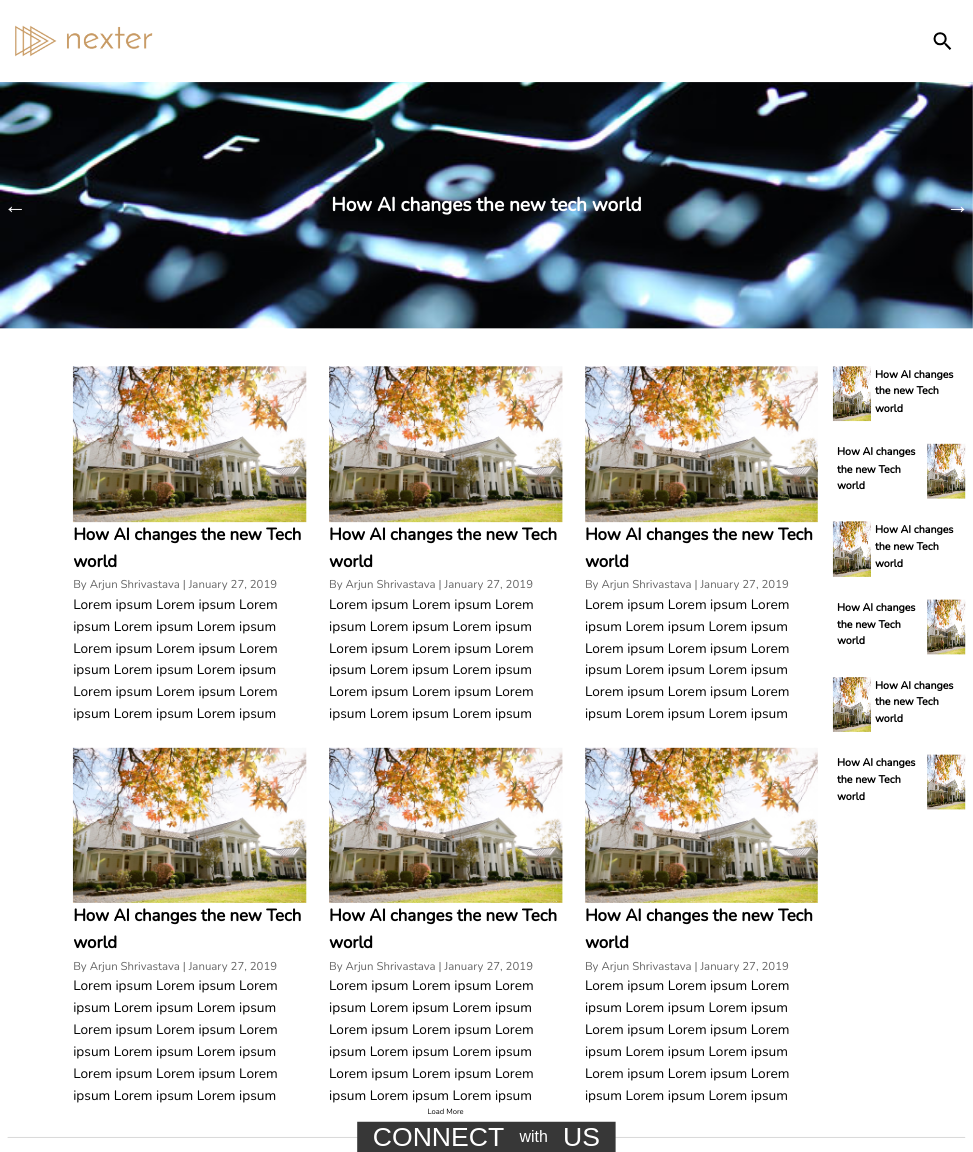
Repository: geekyarjun/myblog
Page: index.html
These files come from the project's save history. The page is drawn as it stood at one moment and after the next save; the edit follows.
The browser window is 1280 px wide. The pictures show the whole page, at 76% of full size.
Some web libraries are served in a nearby version. The style sheet was rebuilt from its Sass, Less or Tailwind sources for each picture, by a compiler version that may differ from the author's.

Above is the page before, as saved 2019-03-03 18:30:48.

After the next save:
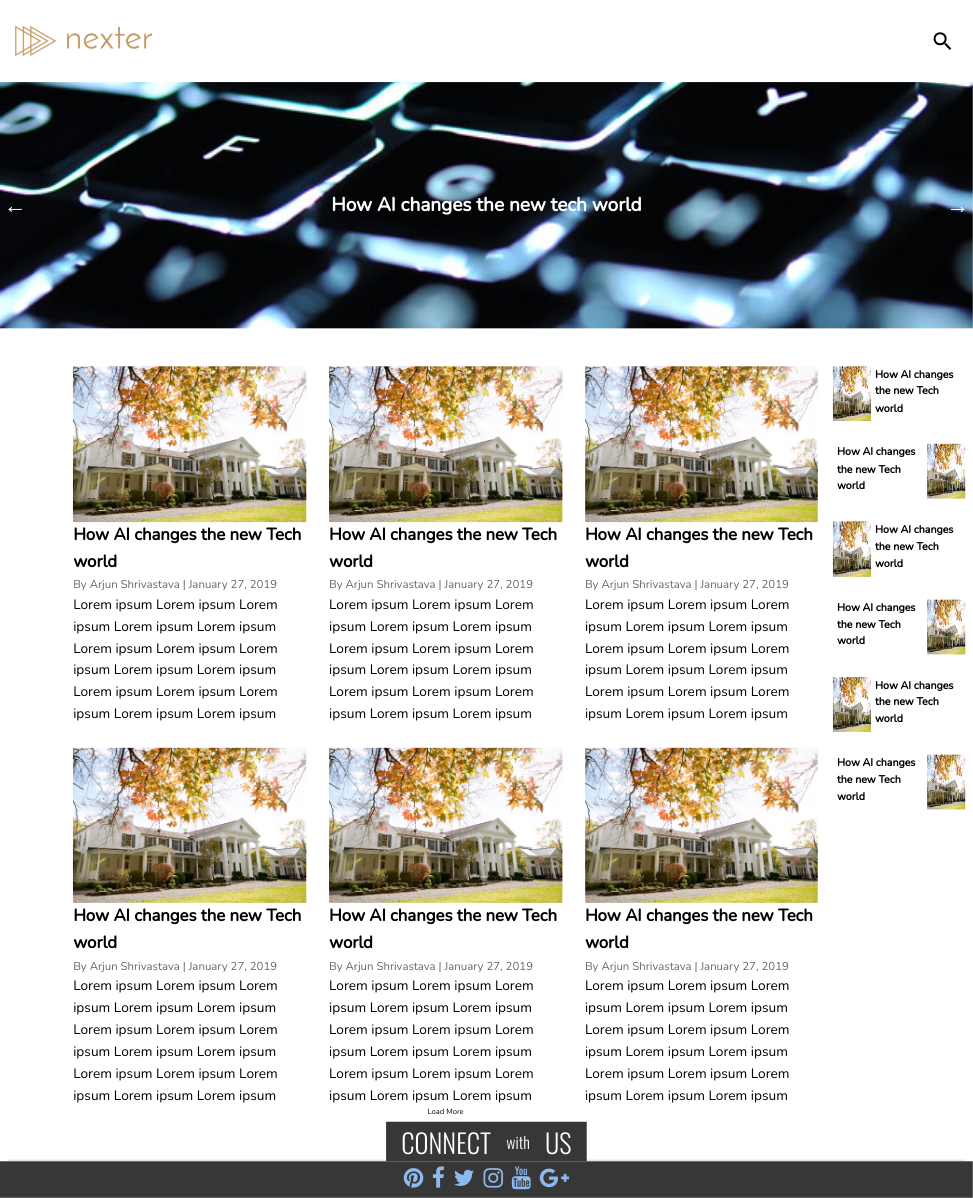
Saved 2 min 54 s later.
--- a/index.html
+++ b/index.html
@@ -7,6 +7,8 @@
     <meta name="viewport" content="width=device-width, initial-scale=1">
     <link href="https://fonts.googleapis.com/css?family=Nunito:200,300,400" rel="stylesheet">
     <link rel="stylesheet" href="css/style.css">
+    <link href='https://fonts.googleapis.com/css?family=Open+Sans|Oswald:300' rel='stylesheet' type='text/css'>
+    <link rel="stylesheet" href="https://maxcdn.bootstrapcdn.com/font-awesome/4.4.0/css/font-awesome.min.css">
 
     <!-- <link href="https://fonts.googleapis.com/css?family=Nunito:300,400,600" rel="stylesheet"> -->
 </head>
